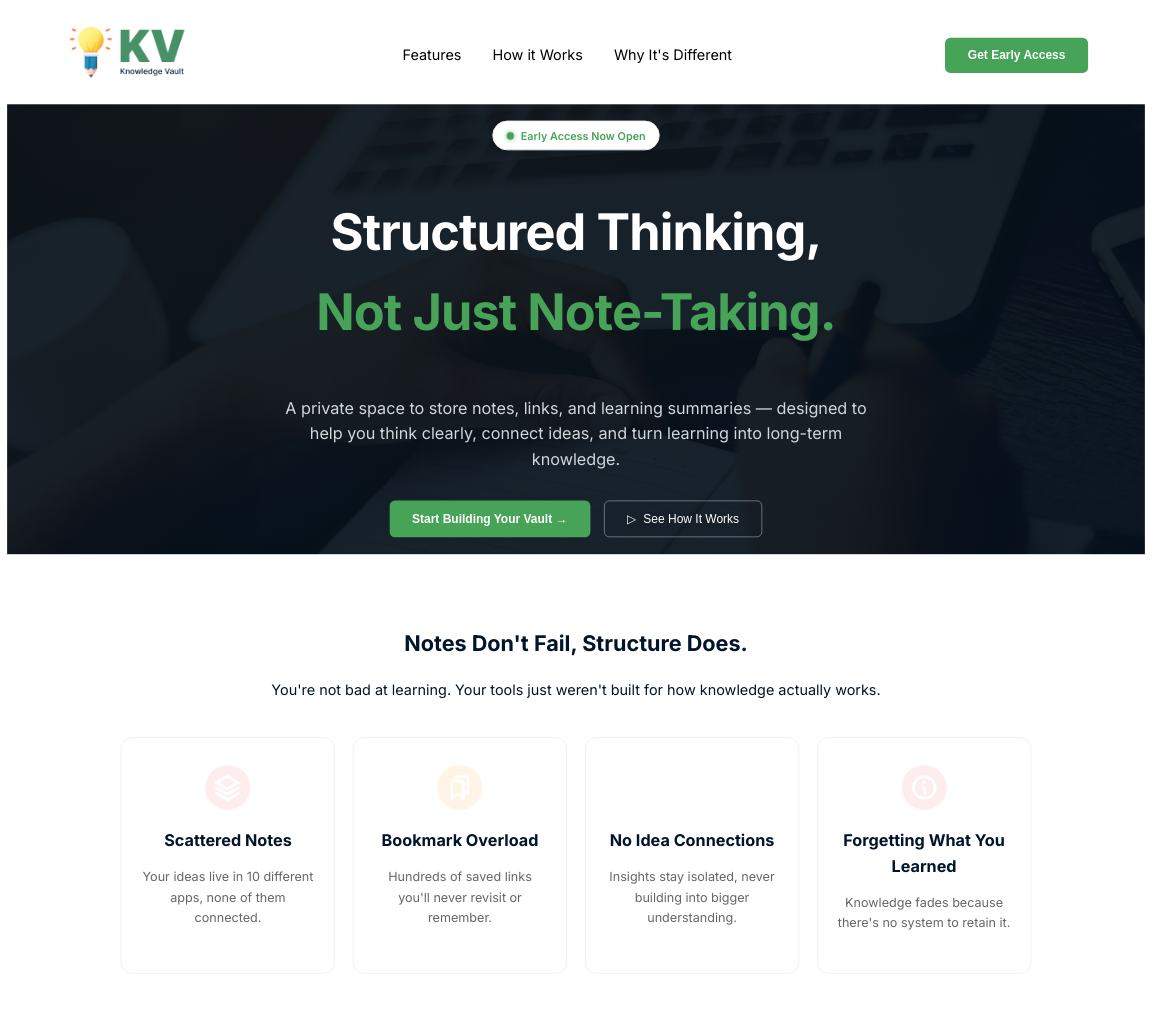
Repository: Saiful21Islam/my-fast-devel
Page: index.html
The author's editor kept a copy of each file at every save. The page is drawn from the files as they stood at one save, then again after the next save.
The browser window is 1280 px wide. The pictures show the whole page, at 90% of full size.

Above is the page before, as saved 2026-01-31 12:05:14.

### index.html
<!DOCTYPE html>
<html lang="en">

<head>
    <meta charset="UTF-8">
    <meta name="viewport" content="width=device-width, initial-scale=1.0">
    <title>My Fast Development Project</title>
    <link rel="preconnect" href="https://fonts.googleapis.com">
<link rel="preconnect" href="https://fonts.gstatic.com" crossorigin>
<link href="https://fonts.googleapis.com/css2?family=Inter:ital,opsz,wght@0,14..32,100..900;1,14..32,100..900&family=Open+Sans:ital,wght@0,300..800;1,300..800&family=Work+Sans:ital,wght@0,100..900;1,100..900&display=swap" rel="stylesheet">
    <link rel="stylesheet" href="style.css">
</head>

<body>
    <header class="navbar">
        <div class="logo">
            <img src="assets/logo-navbar.png" alt="kv logo">
        </div>
    <nav class="nav-links">
        <a href="#">Features</a>
        <a href="#">How it Works</a>
        <a href="#">Why It's Different</a>
    </nav>
    <button class="btn-primary">Get Early Access</button>
</header>
 <section class="banner">
        <div class="banner-overlay">
            <div class="banner-content">
                <span class="early-badge">Early Access Now Open</span>
                <h1>Structured Thinking, <br><span class="green-text">Not Just Note-Taking.</span></h1>
                <p>A private space to store notes, links, and learning summaries — designed to help you think clearly,
                    connect ideas, and turn learning into long-term knowledge.</p>
                <div class="banner-btns">
                  <button class="btn-primary">Start Building Your Vault &rarr;</button>

                  <button class="btn-outline">
                  <span class="play-icon">&#9655;</span> See How It Works
                           </button>
                </div>
            </div>
        </div>
    </section>
        <section class="notes">
    <h2>Notes Don't Fail, Structure Does.</h2>
    <p class="subtitle">You're not bad at learning. Your tools just weren't built for how knowledge actually works.</p>

    <div class="card-container">
        <div class="card">
            <div class="icon-circle red-bg"> <img src="assets/Vector.png" alt=""> </div>
            <h3>Scattered Notes</h3>
            <p>Your ideas live in 10 different apps, none of them connected.</p>
        </div>
        <div class="card">
            <div class="icon-circle orange-bg"> <img src="assets/Bookmarks.png" alt=""> </div>
            <h3>Bookmark Overload</h3>
            <p>Hundreds of saved links you'll never revisit or remember.</p>
        </div>
        <div class="card">
            <div class="icon-circle"> <img src="assets/Brain.png" alt=""> </div>
            <h3>No Idea Connections</h3>
            <p>Insights stay isolated, never building into bigger understanding.</p>
        </div>
        <div class="card">
            <div class="icon-circle red-bg"> <img src="assets/Info.png" alt=""> </div>
            <h3>Forgetting What You Learned</h3>
            <p>Knowledge fades because there's no system to retain it.</p>
        </div>
    </div>
    </section>


</body>
</html>

### style.css
/* Google Font (Always on Top) */
@import url('https://fonts.googleapis.com/css2?family=Inter:wght@400;600;700&display=swap');

/* Global */
body {
    font-family: 'Inter', sans-serif;
    color: #001529;
    line-height: 1.6;
}

/* Navbar */
.navbar {
    display: flex;
    justify-content: space-between;
    align-items: center;
    padding: 20px 5%;
}

.nav-links a {
    text-decoration: none;
    color: black;
    margin: 0 15px;
}

/* Buttons */
.btn-early {
    background-color: #46a358;
    color: white;
    padding: 10px 20px;
    border: none;
    border-radius: 5px;
}

/* Banner */
.banner {
    background-image: linear-gradient(rgba(0,0,0,0.5), rgba(0,0,0,0.5)),
                      url('assets/hero-bg.png');
    background-size: cover;
    background-position: center;
    height: 500px;

    display: flex;
    justify-content: center;
    align-items: center;
    text-align: center;
    color: white;
}

/* Badge */
.early-badge {
    display: inline-flex;
    align-items: center;
    color: #46a358;
    background-color: #fff;
    padding: 6px 15px;
    border: 1px solid #eee;
    border-radius: 50px;
    font-size: 12px;
    font-weight: 600;
    cursor: pointer;
    box-shadow: 0 2px 5px rgba(0,0,0,0.1);
}

.early-badge::before {
    content: "";
    height: 8px;
    width: 8px;
    background-color: #46a358;
    border-radius: 50%;
    margin-right: 8px;
    box-shadow: 0 0 5px rgba(70, 163, 88, 0.8);
}

/* Text */
h1 {
    font-size: 56px;
    font-weight: 700;
    letter-spacing: -1px;
}

.green-text {
    color: #46a358;
}

.banner p {
    font-size: 18px;
    color: #cfd8dc;
    max-width: 650px;
    margin: 20px auto;
}

/* Banner Buttons */
.banner-btns {
    display: flex;
    justify-content: center;
    gap: 15px;
    margin-top: 30px;
}

.btn-primary {
    background-color: #46a358;
    color: white;
    padding: 12px 25px;
    border: none;
    border-radius: 6px;
    font-weight: 600;
    cursor: pointer;
    transition: 0.3s;
}

.btn-primary:hover {
    background-color: #3b8a4a;
}

.btn-outline {
    background: transparent;
    color: white;
    padding: 12px 25px;
    border: 1px solid rgba(255, 255, 255, 0.4);
    border-radius: 6px;
    font-weight: 500;
    cursor: pointer;
    display: flex;
    align-items: center;
    gap: 8px;
}

.btn-outline:hover {
    background: rgba(255, 255, 255, 0.1);
    border-color: white;
}


.notes {
    text-align: center;
    padding: 60px 10%;
    background-color: #fff;
}

.card-container {
    display: flex; /* 4ti card ke pashapashi rakhar jonno */
    gap: 20px;
    margin-top: 40px;
}

.card {
    flex: 1; /* Shob card shoman size-er hobe */
    padding: 30px 20px;
    border: 1px solid #f4f0ee;
    border-radius: 12px;
    transition: 0.3s;

}

/* Hover Effect (Challenge Requirement) */
.card:hover {
    box-shadow: 0 10px 20px rgba(0,0,0,0.05);
    transform: translateY(-5px);
}

/* Icon Design */
.icon-circle {
    width: 50px;
    height: 50px;
    border-radius: 50%;
    display: flex;
    align-items: center;
    justify-content: center;
    margin: 0 auto 20px;
    font-size: 20px;
}

.red-bg { background-color: #ffeded; color: #ff4d4d; }
.orange-bg { background-color: #fff4e6; color: #ff922b; }

.card h3 {
    font-size: 18px;
    margin-bottom: 10px;
}

.card p {
    font-size: 14px;
    color: #666;
}

After the next save:
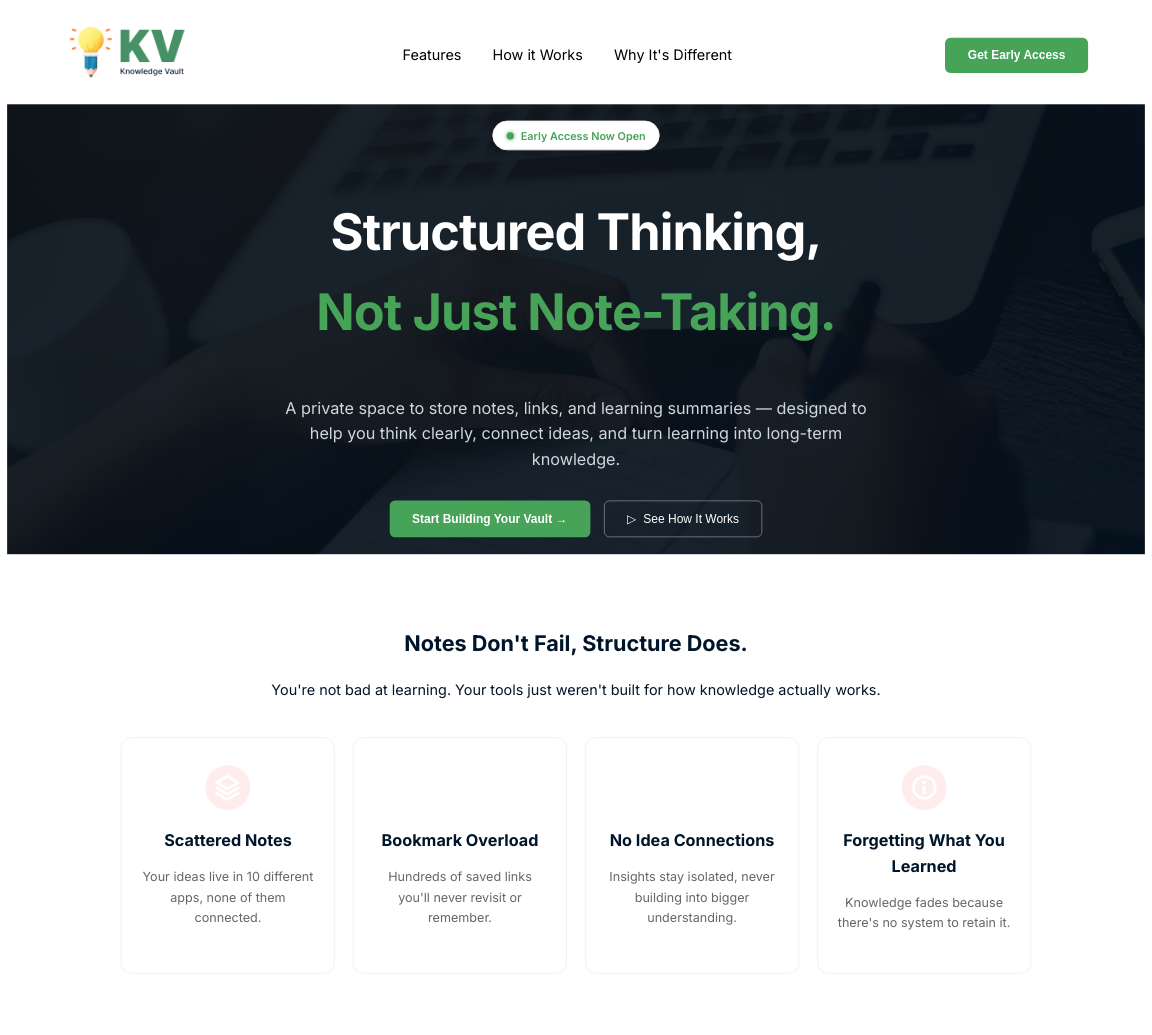
Saved 5 s later.
--- a/index.html
+++ b/index.html
@@ -51,7 +51,7 @@
             <p>Your ideas live in 10 different apps, none of them connected.</p>
         </div>
         <div class="card">
-            <div class="icon-circle orange-bg"> <img src="assets/Bookmarks.png" alt=""> </div>
+            <div class="icon-circle"> <img src="assets/Bookmarks.png" alt=""> </div>
             <h3>Bookmark Overload</h3>
             <p>Hundreds of saved links you'll never revisit or remember.</p>
         </div>
